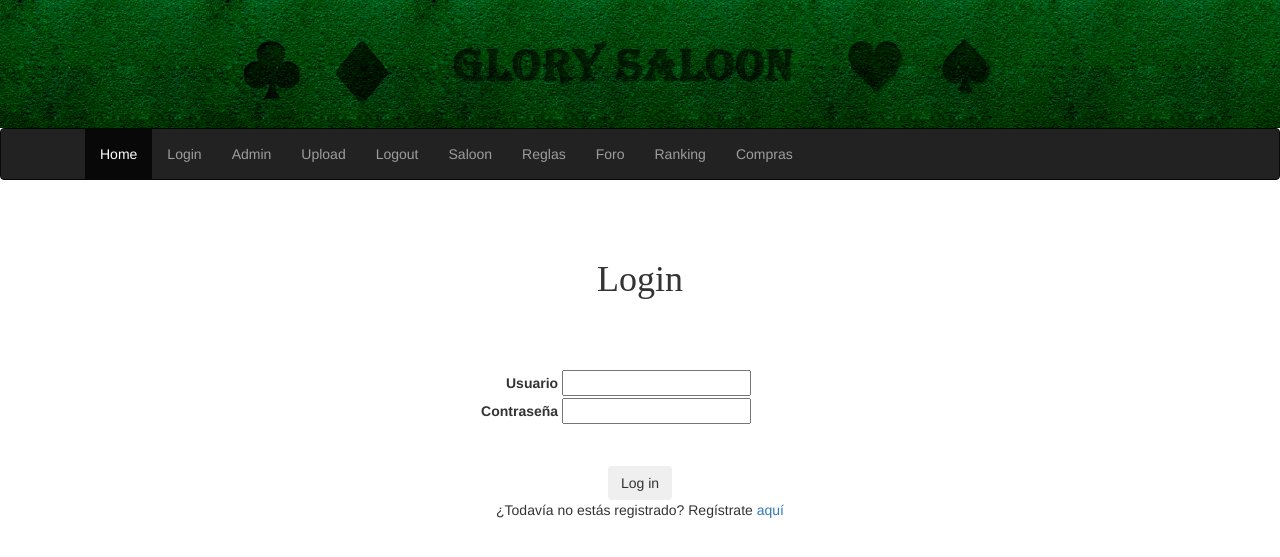
Repository: abvg9/GlorySaloon
Page: http://localhost/iw-base/WEB-INF/jsp/login.jsp
The author's editor kept a copy of each file at every save. The page is drawn from the files as they stood at one save, then again after the next save.
The browser window is 1280 px wide. The pictures show the whole page.
Some web fonts or font styles are not loaded; a fallback is used. The page is served by Tomcat 9. Nobody is signed in. The template is opened directly, without the code that normally fills it, so the values that code supplies are empty.

Above is the page before, as saved 2018-04-11 16:27:43.

After the next save:
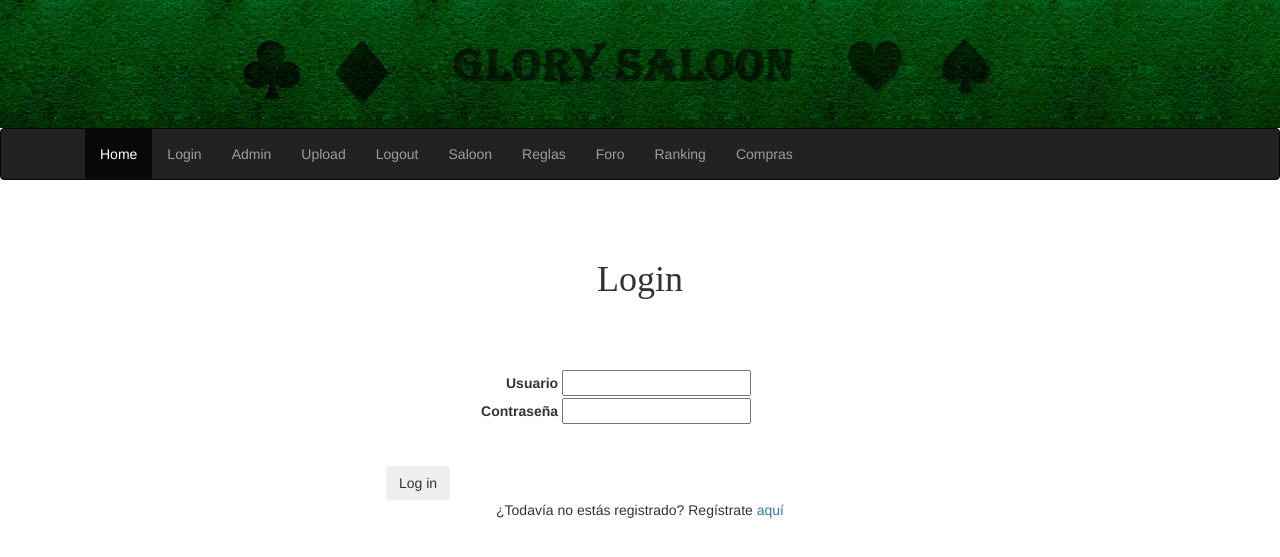
Saved 2 min 16 s later.
--- a/iw-base/src/main/webapp/WEB-INF/jsp/login.jsp
+++ b/iw-base/src/main/webapp/WEB-INF/jsp/login.jsp
@@ -21,7 +21,7 @@
             <input type="hidden" name="${_csrf.parameterName}" value="${_csrf.token}"/>
             <br><br>
             <div class="form-actions">
-                <button type="submit" class="btn">Log in</button>
+                <button type="submit" class="btn rightAl">Log in</button>
             </div>
         </fieldset>
     </form>

After the save that followed:
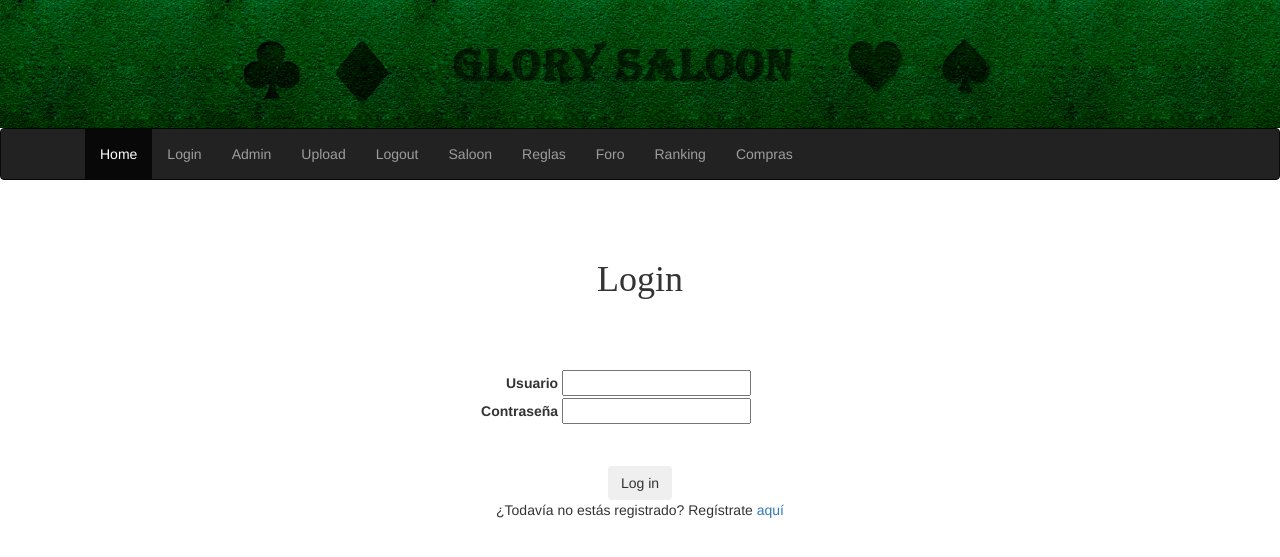
Saved 4 min 54 s later.
--- a/iw-base/src/main/webapp/WEB-INF/jsp/login.jsp
+++ b/iw-base/src/main/webapp/WEB-INF/jsp/login.jsp
@@ -21,7 +21,7 @@
             <input type="hidden" name="${_csrf.parameterName}" value="${_csrf.token}"/>
             <br><br>
             <div class="form-actions">
-                <button type="submit" class="btn rightAl">Log in</button>
+                <button type="submit" class="btn">Log in</button>
             </div>
         </fieldset>
     </form>
